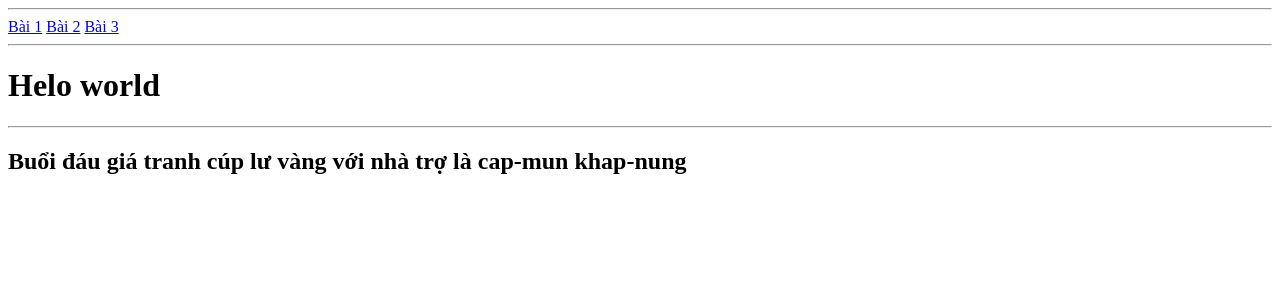
Repository: anhb287/Lab1_8_JAV101
Page: http://localhost/Lab1_TV00062/bai1
These files come from the project's save history. The page is drawn as it stood at one moment and after the next save; the edit follows.
The browser window is 1280 px wide. The pictures show the whole page.
The page is served by Tomcat 10.

Above is the page before, as saved 2025-11-07 07:04:43.

After the next save:
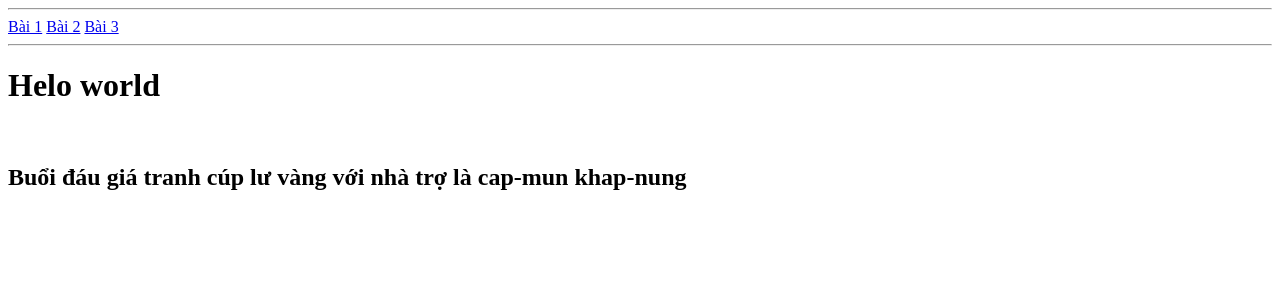
Saved 92 s later.
--- a/Lab1_TV00062/src/main/webapp/bai1.jsp
+++ b/Lab1_TV00062/src/main/webapp/bai1.jsp
@@ -4,13 +4,13 @@
 <html>
 <head>
 <meta charset="UTF-8">
-<title>Ins</title>
+<title>Bài 1</title>
 </head>
 <body>
 
 <jsp:include page="menu.jsp"></jsp:include>
 <h1>Helo world</h1>
-<hr>
+<br>
 <h2>Buổi đáu giá tranh cúp lư vàng với nhà trợ là cap-mun khap-nung</h2>
 </body>
 </html>

After the save that followed:
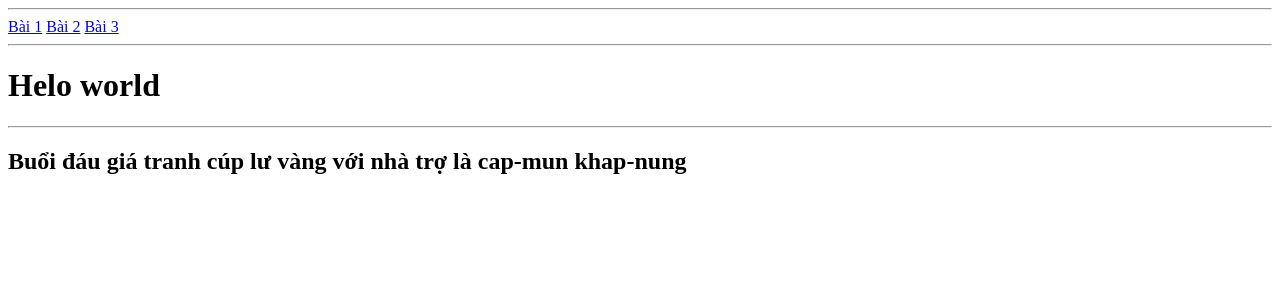
Saved 55 s later.
--- a/Lab1_TV00062/src/main/webapp/bai1.jsp
+++ b/Lab1_TV00062/src/main/webapp/bai1.jsp
@@ -10,7 +10,7 @@
 
 <jsp:include page="menu.jsp"></jsp:include>
 <h1>Helo world</h1>
-<br>
+<hr>
 <h2>Buổi đáu giá tranh cúp lư vàng với nhà trợ là cap-mun khap-nung</h2>
 </body>
 </html>
